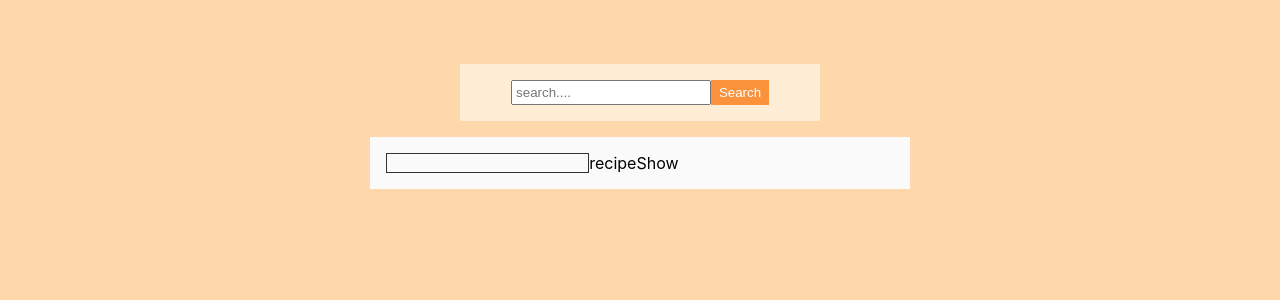
Repository: sandipkarmokar/recipeApp
Page: /
An editor plug-in stored every save of this project. The page is shown before and after the next save, followed by the edit.
The browser window is 1280 px wide. The pictures show the whole page.
The project was rebuilt for these pictures with package versions that can differ from the ones it lists, and the page was loaded fresh each time.

Above is the page before, as saved 2022-04-16 08:35:56.

### src/App.js
import { useEffect, useStata, useState } from 'react';
import ListView from './components/listView';
import SearchBar from './components/searchBar';
import RecipeShow from './components/recipeShow';
import './App.css';

function App() {
    const [query, setQuery] = useState('');
    const [isLoading, setIsLoading] = useState(true);
    const [recipeIngredients, setRecipeIngredients] = useState([]);
    const [recipeList, setRecipeList] = useState([]);
    const [recipeId, setRecipeId] = useState();
    const [recipe, setRecipe] = useState([]);

    const url = `https://forkify-api.herokuapp.com/api/search?q=${query}`;
    const urlRecipe = `https://forkify-api.herokuapp.com/api/get?rId=${recipeId}`;

    const fetchData = async (e) => {
        e.preventDefault();
        try {
            const response = await fetch(url);
            const data = await response.json();
            setRecipeList(data.recipes);
            setIsLoading(false);
            setQuery('');
        } catch (error) {
            console.log(error);
        }
    };

    const fetchRecipe = async () => {
        try {
            const response = await fetch(urlRecipe);
            const data = await response.json();
            setRecipe(data);
            console.log(recipe, recipeId);
        } catch (error) {
            console.log(error);
        }
    };
    return (
        <div className="app">
            <div className="app-container">
                <SearchBar
                    query={query}
                    setQuery={setQuery}
                    fetchData={fetchData}
                ></SearchBar>
                <div className="app-modal">
                    <ListView
                        recipeList={recipeList}
                        setRecipeId={setRecipeId}
                        fetchRecipe={fetchRecipe}
                    ></ListView>
                    {recipe ? <RecipeShow></RecipeShow> : <h2>hello</h2>}
                </div>
            </div>
        </div>
    );
}
export default App;

### src/components/listView.js
import React from 'react';

const ListView = ({ recipeList, setRecipeId, fetchRecipe }) => {
    console.log(recipeList);
    const handleRecipe = (id) => {
        let numberId = parseInt(id);
        console.log(typeof numberId);
        setRecipeId(id);
        fetchRecipe();
    };

    return (
        <div className="recipeList">
            <div className="recipeList-container">
                {recipeList.map((el) => {
                    console.log(typeof el.recipe_id);
                    return (
                        <div className="recipe-item">
                            <p>{el.title}</p>
                            <img src={el.image_url} alt="" />
                            <p>{el.recipe_id}</p>
                            <p
                                onClick={() => {
                                    handleRecipe(el.recipe_id);
                                }}
                            >
                                Know More
                            </p>
                        </div>
                    );
                })}
            </div>
        </div>
    );
};

export default ListView;

### src/components/searchBar.js
import React from 'react';

const SearchBar = ({ query, setQuery, fetchData }) => {
    return (
        <div className="searchBar">
            <div className="searchBar-container">
                {/* <div className="logo">FooD IT</div> */}
                <form onSubmit={fetchData} className="search">
                    <input
                        type="text"
                        placeholder="search...."
                        value={query}
                        onChange={(e) => setQuery(e.target.value)}
                    />
                    <button type="submit">Search</button>
                </form>
            </div>
        </div>
    );
};

export default SearchBar;

### src/components/recipeShow.js
import React from 'react';

const RecipeShow = () => {
    return <div>recipeShow</div>;
};

export default RecipeShow;

### src/App.css
* {
    margin: 0;
    padding: 0;
    box-sizing: border-box;
}

.app {
    height: 100vh;
    width: 100vw;
    background-color: #fed7aa;
    overflow: hidden;
    padding: 4rem 0;
}

.app .app-container {
    width: 600px;
    margin: 0 auto;
}
.app .app-container .searchBar {
    width: 60%;
    margin: 0 auto;
    background-color: #ffedd5;
}
.app .app-container .searchBar .searchBar-container {
    padding: 1rem 2rem;
    background-color: #ffedd5;
}
.app .app-container .searchBar .searchBar-container .search {
    display: flex;
    align-items: center;
    justify-content: center;
}
.app .app-container .searchBar .searchBar-container .search input {
    display: flex;
    width: 200px;
    padding: 0.2rem;
}

.app .app-container .searchBar .searchBar-container .search button {
    border: none;
    background-color: #fb923c;
    padding: 0.3rem 0.5rem;
    color: #fff;
    cursor: pointer;
}
.app .app-container .searchBar .searchBar-container .search button:hover {
    background-color: #f97316;
}

.app .app-container .app-modal {
    width: 90%;
    margin: 1rem auto;
    background-color: #fafafa;
    padding: 1rem;
    display: flex;
}

.app .app-container .app-modal .recipeList {
    border: 1px solid #333;
    width: 40%;
}
.app .app-container .app-modal .recipeList .recipeList-container {
    padding: 0.5rem;
}
.app .app-container .app-modal .recipeList .recipeList-container .recipe-item {
    border: 1px solid #333;
}
.app
    .app-container
    .app-modal
    .recipeList
    .recipeList-container
    .recipe-item
    img {
    height: 30px;
    width: 50px;
}

Loaded but not shown: public/index.html (common file); src/index.js (common file); src/index.css (common file); src/reportWebVitals.js (common file)

After the next save:
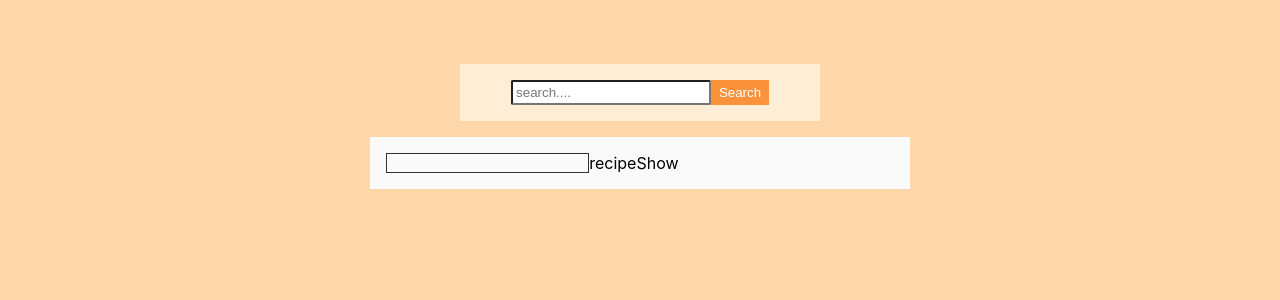
Saved 117 s later.
--- a/src/App.css
+++ b/src/App.css
@@ -34,6 +34,7 @@
     display: flex;
     width: 200px;
     padding: 0.2rem;
+    border-radius: 2px;
 }
 
 .app .app-container .searchBar .searchBar-container .search button {
